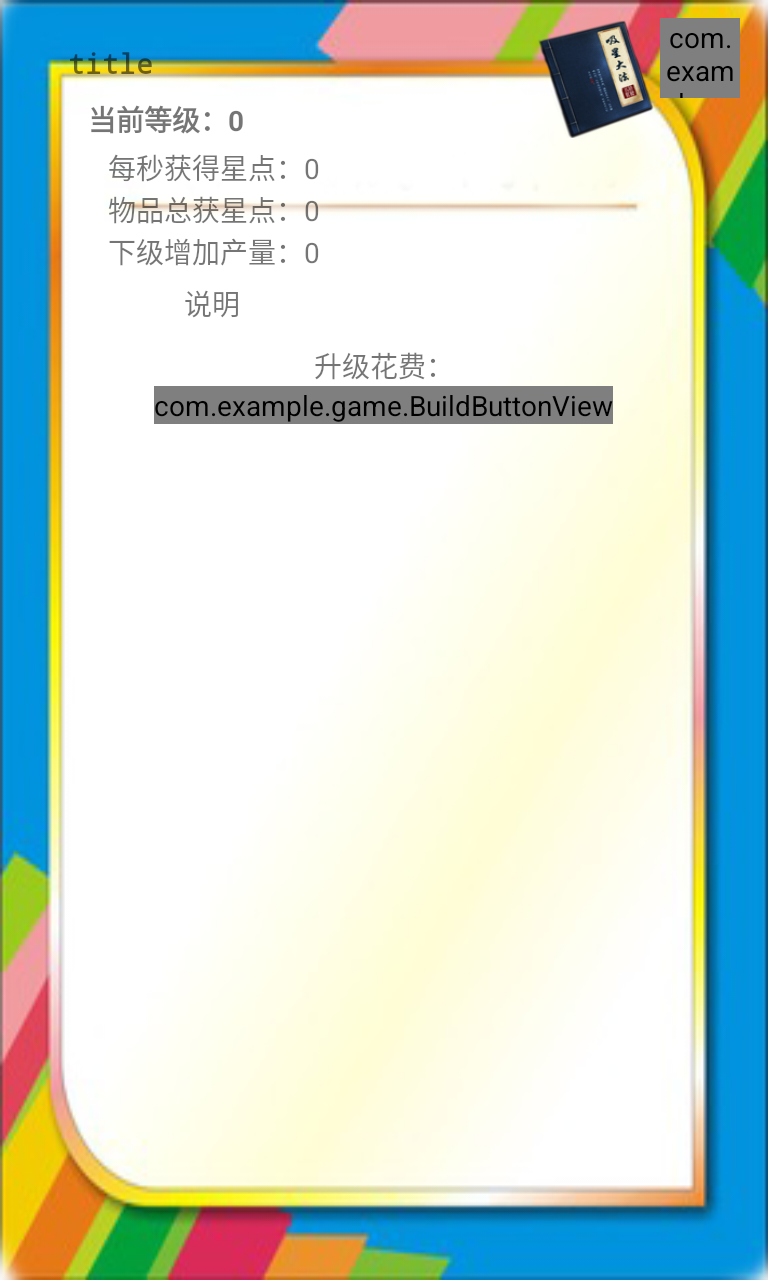
Repository: xianyun2014/StarPoint
Layout: game/res/layout/build_info_view.xml
The author's editor kept a copy of each file at every save. The layout is drawn from the files as they stood at one save, then again after the next save.
Pictures or frames that could not be fetched are drawn as grey boxes. It is drawn on a 768 x 1280 px phone screen (xhdpi) without system bars, with theme AppTheme; the app's code is not run.

Above is the layout before, as saved 2014-11-17 18:20:43.

After the next save:
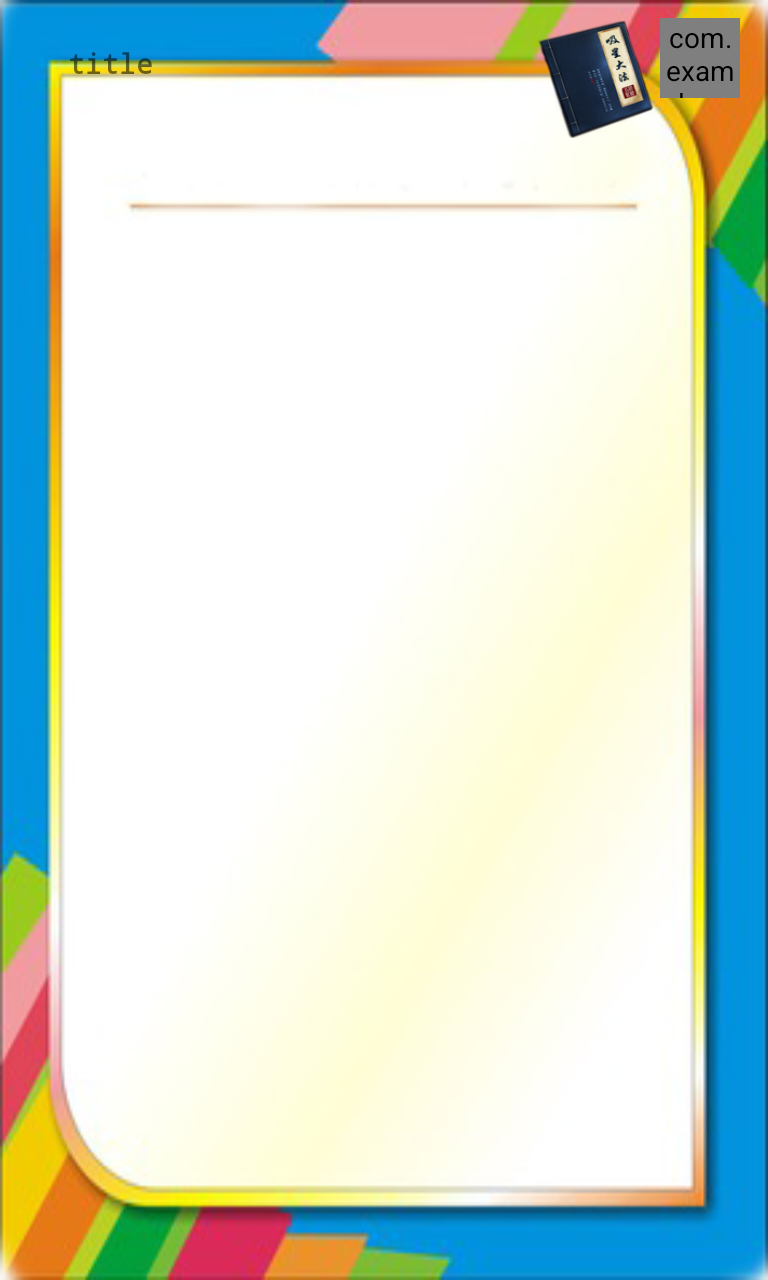
Saved 2 min 45 s later.
--- a/game/res/layout/build_info_view.xml
+++ b/game/res/layout/build_info_view.xml
@@ -24,7 +24,7 @@
         android1:src="@drawable/info_build" />
 
     <TextView
-        android1:id="@+id/textcurstar"
+        android1:id="@+id/build_title"
         android1:layout_width="wrap_content"
         android1:layout_height="wrap_content"
         android1:layout_alignParentLeft="true"
@@ -40,8 +40,8 @@
         android1:id="@+id/TableLayout1"
         android1:layout_width="wrap_content"
         android1:layout_height="wrap_content"
-        android1:layout_alignLeft="@+id/textcurstar"
-        android1:layout_below="@+id/textcurlevel"
+        android1:layout_alignLeft="@+id/build_title"
+        android1:layout_below="@+id/build_title"
         android1:layout_marginLeft="20dp"
         android1:layout_marginTop="3dp" >
 
@@ -103,11 +103,11 @@
     </TableLayout>
 
     <TextView
-        android1:id="@+id/textcurlevel"
+        android1:id="@+id/build_title"
         android1:layout_width="wrap_content"
         android1:layout_height="wrap_content"
-        android1:layout_alignLeft="@id/textcurstar"
-        android1:layout_below="@+id/textcurstar"
+        android1:layout_alignLeft="@+id/build_title"
+        android1:layout_below="@+id/build_title"
         android1:layout_marginLeft="10dp"
         android1:layout_marginTop="8dp"
         android1:text="当前等级："
@@ -117,9 +117,9 @@
         android1:id="@+id/txt_Level"
         android1:layout_width="wrap_content"
         android1:layout_height="wrap_content"
-        android1:layout_alignBaseline="@+id/textcurlevel"
-        android1:layout_alignBottom="@+id/textcurlevel"
-        android1:layout_toRightOf="@+id/textcurlevel"
+        android1:layout_alignBaseline="@+id/build_title"
+        android1:layout_alignBottom="@+id/build_title"
+        android1:layout_toRightOf="@+id/build_title"
         android1:text="0"
         android1:textStyle="bold" />
 
